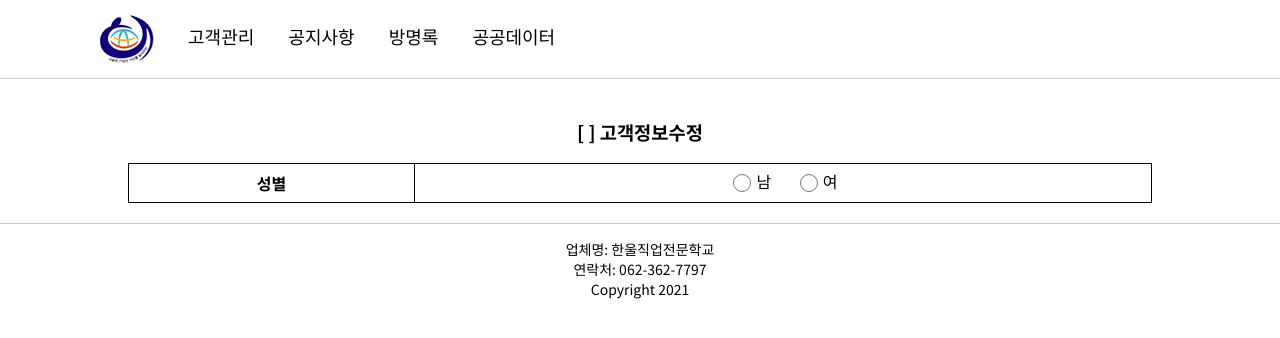
Repository: JSY93/spring-web
Page: http://localhost/iot/WEB-INF/views/customer/modify.jsp
An editor plug-in stored every save of this project. The page is shown before and after the next save, followed by the edit.
The browser window is 1280 px wide. The pictures show the whole page.
The page is served by Tomcat 9. Nobody is signed in. Other server files are loaded and not shown. The template is opened directly, without the code that normally fills it, so the values that code supplies are empty.

Above is the page before, as saved 2021-01-12 06:46:31.

### Study_Spring/iot/src/main/webapp/WEB-INF/views/customer/modify.jsp
<%@ page language="java" contentType="text/html; charset=UTF-8" pageEncoding="UTF-8"%>
<!DOCTYPE html>
<html>
<head>
<meta charset="UTF-8">
<title>Insert title here</title>
</head>
<body>
<jsp:include page="/WEB-INF/views/include/header.jsp"/>
<div id='content'>
<h3>[ ${vo.name} ] 고객정보수정</h3>
<table>
<tr><th>성별</th>
	<td><label><input type='radio' name='gender' value='남' />남</label>
		<label><input type='radio' name='gender' value='여' />여</label>
	</td>
</tr>

</table>
</div>

<jsp:include page="/WEB-INF/views/include/footer.jsp"/>
</body>
</html>

### Study_Spring/iot/src/main/webapp/WEB-INF/views/include/header.jsp
<%@ page language="java" contentType="text/html; charset=UTF-8"
    pageEncoding="UTF-8"%>
<%@ taglib prefix="c" uri="http://java.sun.com/jsp/jstl/core" %>
<link rel='stylesheet' type='text/css'
		href='css/common.css?v=<%=new java.util.Date().getTime() %>'>
<header style='border-bottom:1px solid #ccc; padding:15px 0; text-align:left'>
	<div class='category' style='margin-left:100px'>
	<ul>
		<li><a href='<c:url value="/" />'><img src='imgs/hanul.logo.png'/></a></li>
		<li><a class="${category eq 'cu' ? 'active' : ''}" href='list.cu'>고객관리</a></li>
		<li><a class="${category eq 'no' ? 'active' : ''}" href='list.no'>공지사항</a></li>
		<li><a class="${category eq 'bo' ? 'active' : ''}" href='list.bo'>방명록</a></li>
		<li><a class="${category eq 'da' ? 'active' : ''}" href='list.da'>공공데이터</a></li>
	</ul>
	</div>
</header>
<style>
header ul, header ul li {
	margin:0; padding:0; display:inline }
.category { font-size:18px }
.category li:not(:first-child) { padding-left:30px }
.category li a:hover,
.category li a.active { font-weight:bold; color:#0000cd; }
</style>

<script src='https://code.jquery.com/jquery-3.5.1.min.js'></script>

### Study_Spring/iot/src/main/webapp/WEB-INF/views/include/footer.jsp
<%@ page language="java" contentType="text/html; charset=UTF-8"
    pageEncoding="UTF-8"%>
<footer style='font-size:14px; border-top:1px solid #ccc; padding:15px 0;'>
	<div>업체명: 한울직업전문학교</div>
	<div>연락처: 062-362-7797</div>
	<div>Copyright 2021</div>
</footer>

### Study_Spring/iot/src/main/webapp/resources/css/common.css
@charset "UTF-8";
@import url('https://fonts.googleapis.com/css2?family=Noto+Sans+KR&display=swap');

body{
	margin:0 auto;
	text-align:center;
	font-family: 'Noto Sans KR', sans-serif;
}
a:link, a:visited { text-decoration:none; color:#000; }
#content{ padding:20px 0; min-width:1280px; }
img { vertical-align:middle; }

table {
	width:80%;
	margin:0 auto;
	border:1px solid;
	border-collapse:collapse;
}
table th, table td {
	border:1px solid;
	padding: 5px 10px;
}

.btnSet { margin-top:20px; }
a.btn-fill, a.btn-empty {
	text-align:center;
	padding: 3px 10px;
	border:1px solid #3367d6;
	border-radius:3px;
	box-shadow:2px 2px 3px #022d72;
}
a.btn-fill {
	background-color: #3367d6;
	color: #fff;
}
a.btn-empty {
	background-color: #fff;
	color: #3367d6;
}

input {
	height:22px; padding: 5px 10px;
	font-size:15px;
}
input[type=radio] {
	width:18px;  vertical-align:middle;
	margin:0 5px 3px;
}
table tr td label:not(:first-child) { margin-left:20px; }

.w-pct80 { width:80% }
.w-pct60 { width:60% }
.w-pct50 { width:50% }
.w-pct40 { width:40% }
.w-px300 { width:300px; }
.w-px200 { width:200px; }
.w-px100 { width:100px; }
.w-px80 { width:80px; }
.w-px60 { width:60px; }
.w-px40 { width:40px; }
.w-px180 { width:180px; }
.w-px160 { width:160px; }
.w-px140 { width:140px; }
.w-px120 { width:120px; }

After the next save:
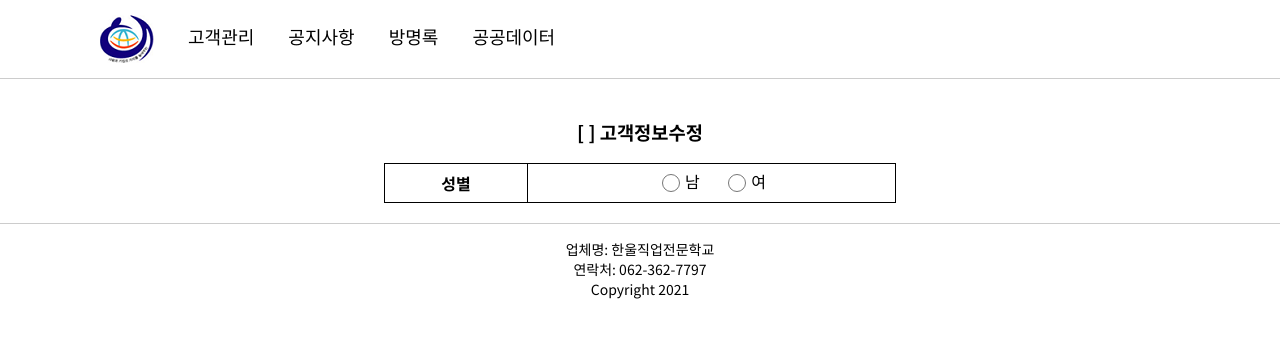
Saved 20 s later.
--- a/Study_Spring/iot/src/main/webapp/WEB-INF/views/customer/modify.jsp
+++ b/Study_Spring/iot/src/main/webapp/WEB-INF/views/customer/modify.jsp
@@ -9,7 +9,7 @@
 <jsp:include page="/WEB-INF/views/include/header.jsp"/>
 <div id='content'>
 <h3>[ ${vo.name} ] 고객정보수정</h3>
-<table>
+<table class='w-pct40'>
 <tr><th>성별</th>
 	<td><label><input type='radio' name='gender' value='남' />남</label>
 		<label><input type='radio' name='gender' value='여' />여</label>
